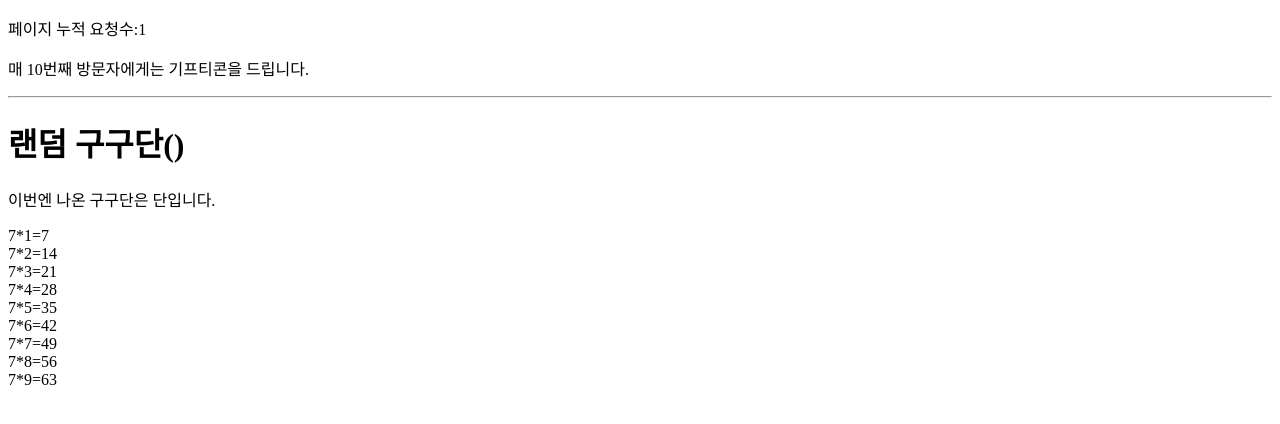
Repository: djdh94/jsp_practice
Page: http://localhost/JSPBasic/jspObject/3.cookie/test.jsp
The author's editor kept a copy of each file at every save. The page is drawn from the files as they stood at one save, then again after the next save.
The browser window is 1280 px wide. The pictures show the whole page.
The page is served by Tomcat 9. Other server files are loaded and not shown.

Above is the page before, as saved 2022-02-05 02:59:33.

### JSPBasic/src/main/webapp/jspObject/3.cookie/test.jsp
<%@ page language="java" contentType="text/html; charset=UTF-8"
    pageEncoding="UTF-8"%>


<!DOCTYPE html>
<html>
<head>
<meta charset="UTF-8">
<title>Insert title here</title>
</head>
<body>
	<%!
	int total;
	int dan=(int)(Math.random()*8)+2;
	%>
	<%

	%>
	<p>페이지 누적 요청수:<%=++total %></p>
	<p>매 10번째 방문자에게는 기프티콘을 드립니다.</p>
	<% if(total%10==0){%>
	당첨축하드립니다.
	<% }%>
	<hr/>
	<h1>랜덤 구구단()</h1>
	<p>이번엔 나온 구구단은 단입니다.</p>
	<%
	for(int i=1; i<10; i++){
	out.println(dan+"*"+i+"="+dan*i+"<br/>");
	}%>

</body>
</html>

After the next save:
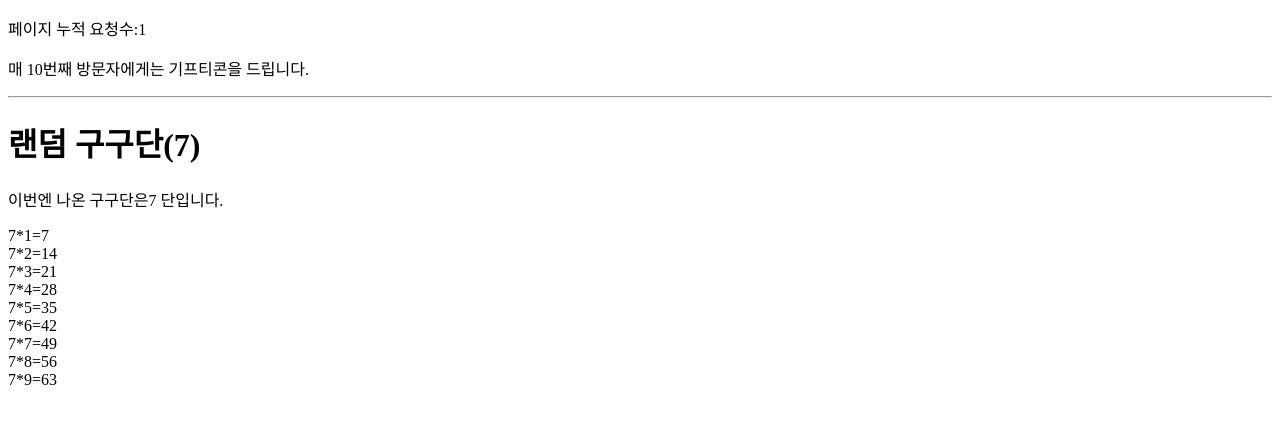
Saved 87 s later.
--- a/JSPBasic/src/main/webapp/jspObject/3.cookie/test.jsp
+++ b/JSPBasic/src/main/webapp/jspObject/3.cookie/test.jsp
@@ -16,14 +16,15 @@
 	<%
 
 	%>
+
 	<p>페이지 누적 요청수:<%=++total %></p>
 	<p>매 10번째 방문자에게는 기프티콘을 드립니다.</p>
 	<% if(total%10==0){%>
 	당첨축하드립니다.
 	<% }%>
 	<hr/>
-	<h1>랜덤 구구단()</h1>
-	<p>이번엔 나온 구구단은 단입니다.</p>
+	<h1>랜덤 구구단(<%=dan %>)</h1>
+	<p>이번엔 나온 구구단은<%=dan %> 단입니다.</p>
 	<%
 	for(int i=1; i<10; i++){
 	out.println(dan+"*"+i+"="+dan*i+"<br/>");
